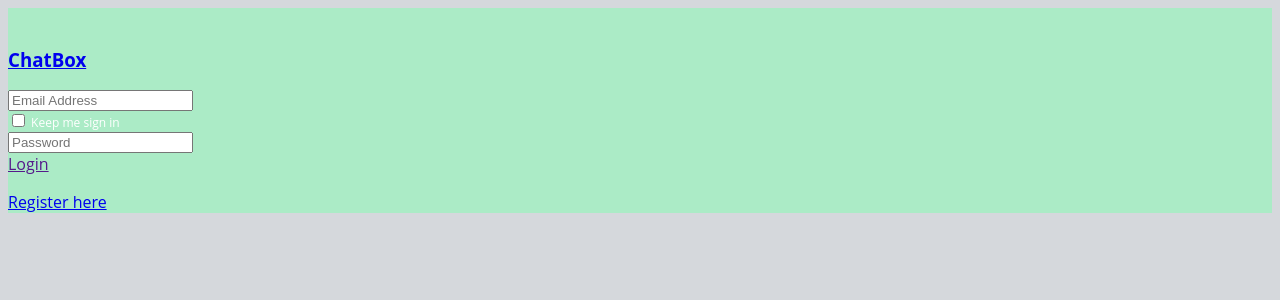
Repository: KoustabhBiswas/BlogBackend
Page: Collaboration/CollaborationFrontEnd/WebContent/User/Login.html
These files come from the project's save history. The page is drawn as it stood at one moment and after the next save; the edit follows.
The browser window is 1280 px wide. The pictures show the whole page.

Above is the page before, as saved 2017-12-18 18:52:15.

After the next save:
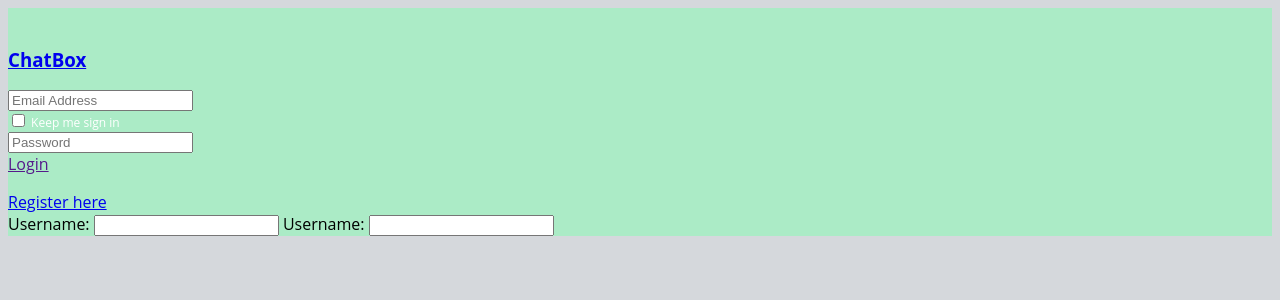
Saved 10 min 50 s later.
--- a/Collaboration/CollaborationFrontEnd/WebContent/User/Login.html
+++ b/Collaboration/CollaborationFrontEnd/WebContent/User/Login.html
@@ -99,7 +99,12 @@ header .btn-header-login {
 			</form>
 			<a href="#!/register">Register here</a>
 			<!-- <a href="#!/blog">Blog</a> -->
-			<form ng-submit=""></form>
+			<form ng-submit="">
+				<label>Username:</label>
+				<input type="text" ng-model="ctrl.admin.emailId">
+				<label>Username:</label>
+				<input type="text" ng-model="ctrl.admin.password">
+			</form>
 
 
 	</div>
